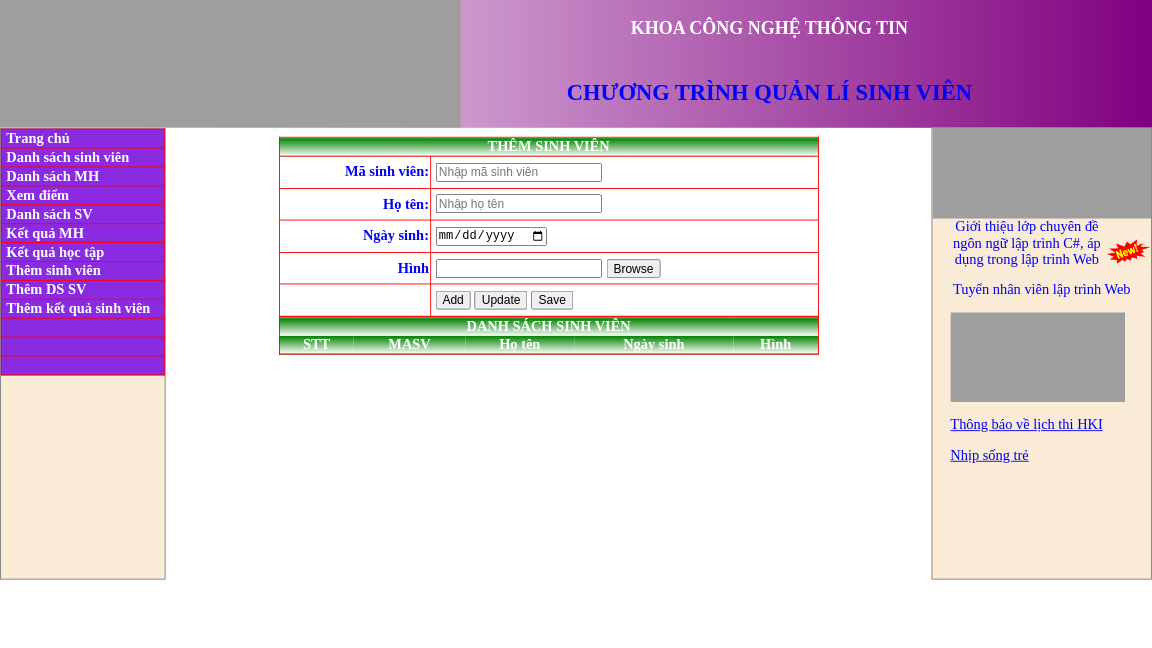
Repository: G1tHub-zer0/BTTH
Page: baitapweb/baitapweb9.html
These files come from the project's save history. The page is drawn as it stood at one moment and after a run of saves; the edit follows.
The browser window is 1280 px wide. The pictures show the whole page, at 90% of full size.
Pictures or frames that could not be fetched are drawn as grey boxes.

Above is the page before, as saved 2024-03-12 20:50:43.

### baitapweb/baitapweb9.html
<!DOCTYPE html>
<html lang="en">

<head>
    <meta charset="utf-8" />
    <meta http-equiv="X-UA-Compatible" content="IE=edge" />
    <meta name="viewport" content="widtd=device-width, initial-scale=1" />
    <title>Bai Tap Web 9</title>
    <link rel="stylesheet" href="baitapweb9.css">
</head>

<body>
    <div class="head">
        <img class="logo" src="https://ipe.iuh.edu.vn/uploads/2016/01/slide_iuh_new.jpg" alt="logo">
        <div class="heading">
            <p>KHOA CÔNG NGHỆ THÔNG TIN</p>
            <P>CHƯƠNG TRÌNH QUẢN LÍ SINH VIÊN</P>
        </div>
    </div>
    <div class="main">
        <div class="left">
            <table>
                <tr>
                    <td>Trang chủ</td>
                </tr>
                <tr>
                    <td>Danh sách sinh viên</td>
                </tr>
                <tr>
                    <td>Danh sách MH</td>
                </tr>
                <tr>
                    <td>Xem điểm</td>
                </tr>
                <tr>
                    <td>Danh sách SV</td>
                </tr>
                <tr>
                    <td>Kết quả MH</td>
                </tr>
                <tr>
                    <td>Kết quả học tập</td>
                </tr>
                <tr>
                    <td>Thêm sinh viên</td>
                </tr>
                <tr>
                    <td>Thêm DS SV</td>
                </tr>
                <tr>
                    <td>Thêm kết quả sinh viên</td>
                </tr>
                <tr>
                    <td>&nbsp;</td>
                </tr>
                <tr>
                    <td>&nbsp;</td>
                </tr>
                <tr>
                    <td>&nbsp;</td>
                </tr>
            </table>
        </div>
        <div class="center">
            <form action="mailto:quockhang0605@gmail.com" autocomplete="on" method="post">
                <div class="table-add">
                    <table>
                        <thead>
                            <tr>
                                <th colspan="2">THÊM SINH VIÊN</th>
                            </tr>
                        </thead>
                        <tbody>
                            <tr>
                                <td>
                                    <label for="masv">Mã sinh viên:</label>
                                </td>
                                <td>
                                    <input type="text" class="form-control" id="masv" name="masv"
                                        placeholder="Nhập mã sinh viên">
                                </td>
                            </tr>
                            <tr>
                                <td>
                                    <label for="hoten">Họ tên:</label>
                                </td>
                                <td>
                                    <input type="text" class="form-control" id="hoten" name="hoten"
                                        placeholder="Nhập họ tên">
                                </td>
                            </tr>
                            <tr>
                                <td>
                                    <label for="ngaysinh">Ngày sinh:</label>
                                </td>
                                <td>
                                    <input type="date" class="form-control" id="ngaysinh" name="ngaysinh">
                                </td>
                            </tr>
                            <tr>
                                <td>
                                    <label for="hinh">Hình</label>
                                </td>
                                <td>
                                    <input type="text">
                                    <button class="input-btn">
                                        Browse
                                        <input type="file" class="input-file" id="hinh" name="hinh">
                                    </button>
                                </td>
                            </tr>
                            <tr>
                                <td>
                                    &nbsp;
                                </td>
                                <td>
                                    <button type="submit" class="btn-primary">Add</button>
                                    <button type="submit" class="btn-success">Update</button>
                                    <button type="submit" class="btn-warning">Save</button>
                                </td>
                            </tr>
                            <tr>
                                <table class="table-list">
                                    <thead>
                                        <tr>
                                            <th colspan="5">DANH SÁCH SINH VIÊN</th>
                                        </tr>
                                        <tr>
                                            <th>STT</th>
                                            <th>MASV</th>
                                            <th>Họ tên</th>
                                            <th>Ngày sinh</th>
                                            <th>Hình</th>
                                        </tr>
                                    </thead>
                                    <tbody></tbody>
                                </table>
                            </tr>
                        </tbody>
                    </table>
                </div>
            </form>
        </div>
        <div class="right">
            <div class="img1">
                <a href="#" target="_blank" rel="noopener, noreferrer">
                    <img src="https://blog.e2.com.vn/wp-content/uploads/2021/05/english-british-england-language-education-concept-scaled.jpg"
                        alt="img1">
                </a>
            </div>
            <div class="link">
                <div class="link1">
                    <a href="#" target="_blank" rel="noopener, noreferrer">
                        <p>Giới thiệu lớp chuyên đề ngôn ngữ lập trình C#, áp dụng trong lập trình Web</p>
                        <img src="/images/0PNGPIX-COM-New-PNG-Transparent-Image-500x451-1.png" alt="img">
                    </a>
                </div>
                <div class="link2">
                    <a href="#" target="_blank" rel="noopener, noreferrer">
                        <p>Tuyển nhân viên lập trình Web</p>
                    </a>
                </div>
            </div>
            <div class="img2">
                <a href="#" target="_blank" rel="noopener, noreferrer">
                    <img src="https://i.pinimg.com/736x/b0/0d/0c/b00d0cdbf06fab3b2d8cc6847a014495.jpg" alt="img">
                </a>
            </div>
            <div class="other">
                <a href="#" target="_blank" rel="noopener, noreferrer">
                    <p>Thông báo về lịch thi HKI</p>
                </a>
                <a href="#" target="_blank" rel="noopener, noreferrer">
                    <p>Nhịp sống trẻ</p>
                </a>
            </div>
        </div>
    </div>
    <script src="baitapweb9.js"></script>
</body>

</html>

### baitapweb/baitapweb9.css
body {
  margin: 0;
  padding: 0;
  box-sizing: border-box;
  max-width: 1280px;
}
table {
  width: 100%;
}
td {
  padding-left: 5px;
}
label {
  float: right;
}
input {
  float: left;
}
thead {
  text-align: center;
}
input[type="text"] {
  margin-right: 5px;
}
.main {
  display: flex;
}
.head {
  background: linear-gradient(
    to right,
    white,
    purple
  );
  display: flex;
  flex-direction: row;
  justify-content: space-between;
}
.logo {
  width: 40%;
  max-height: 142px;
  vertical-align: top;
}
.heading {
  display: flex;
  flex-direction: column;
  padding-right: 200px;
  text-align: center;
  justify-content: space-between;
}
.heading p:first-child {
  color: white;
  font-size: 20px;
  font-weight: 600;
}
.heading p:last-child {
  color: blue;
  font-size: 25px;
  font-weight: 700;
}
.left {
  width: 15%;
  height: 500px;
  background-color: antiquewhite;
  border: 1px solid grey;
}
.left table,
td {
  text-align: left;
  border: 1px solid black;
  border-collapse: collapse;
  color: white;
  background-color: blueviolet;
  font-weight: 600;
}
.center {
  display: flex;
  align-items: center;
  flex-direction: column;
  width: 70%;
}
.table-add table {
  width: 600px;
  height: 200px;
}
.table-add table,
td {
  border: 1px solid red;
  border-collapse: collapse;
}
.table-add th {
  background-image: linear-gradient(
    to top,
    white,
    green
  );
  color: white;
}
.table-add td {
  background-color: white;
  color: blue;
}
.right {
  width: 20%;
  display: flex;
  flex-direction: column;
  height: 500px;
  background-color: antiquewhite;
  border: 1px solid grey;
}
.img1 {
  height: 100px;
}
.img1 img {
  width: 100%;
  height: 100%;
}
.link {
  display: flex;
  flex-direction: column;
}
.link a {
  text-decoration: none;
}
.link1 p {
  width: 70%;
  display: inline-block;
  text-align: center;
  margin-block: 0;
  margin-left: 20px;
}
.link img {
  width: 20%;
}
.link2 p {
  width: 100%;
  display: block;
  text-align: center;
}
.img2 {
  height: 100px;
}
.img2 img {
  width: 80%;
  height: 100%;
  margin-left: 20px;
}
.other {
  margin-left: 20px;
}
.table-add {
  margin: 10px 5px 5px 5px;
}
.input-btn {
  position: relative;
  overflow: hidden;
}
.input-file {
  position: absolute;
  top: 0;
  right: 10px;
  opacity: 0;
}

Loaded but not shown: baitapweb/baitapweb9.js (no copy from this time; the picture is the same without it)

After the next 2 saves:
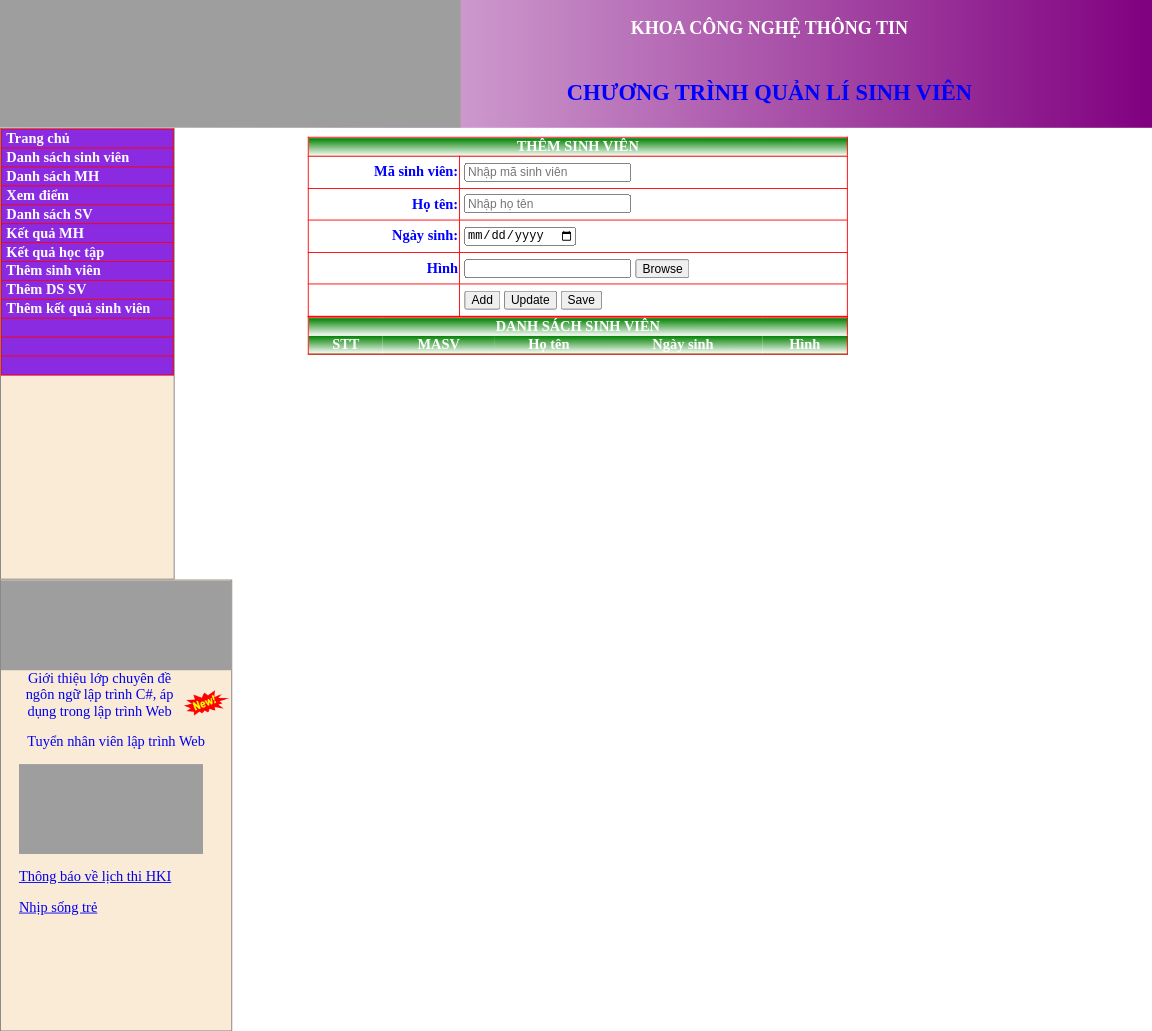
The 2 saves are shown as one change because they came seconds apart.
The last was saved 97 s later.
--- a/baitapweb/baitapweb9.html
+++ b/baitapweb/baitapweb9.html
@@ -120,21 +120,23 @@
                                 </td>
                             </tr>
                             <tr>
-                                <table class="table-list">
-                                    <thead>
-                                        <tr>
-                                            <th colspan="5">DANH SÁCH SINH VIÊN</th>
-                                        </tr>
-                                        <tr>
-                                            <th>STT</th>
-                                            <th>MASV</th>
-                                            <th>Họ tên</th>
-                                            <th>Ngày sinh</th>
-                                            <th>Hình</th>
-                                        </tr>
-                                    </thead>
-                                    <tbody></tbody>
-                                </table>
+                                <div class="table-list">
+                                    <table>
+                                        <thead>
+                                            <tr>
+                                                <th colspan="5">DANH SÁCH SINH VIÊN</th>
+                                            </tr>
+                                            <tr>
+                                                <th>STT</th>
+                                                <th>MASV</th>
+                                                <th>Họ tên</th>
+                                                <th>Ngày sinh</th>
+                                                <th>Hình</th>
+                                            </tr>
+                                        </thead>
+                                        <tbody></tbody>
+                                    </table>
+                                </div>
                             </tr>
                         </tbody>
                     </table>

After the 5 saves that followed:
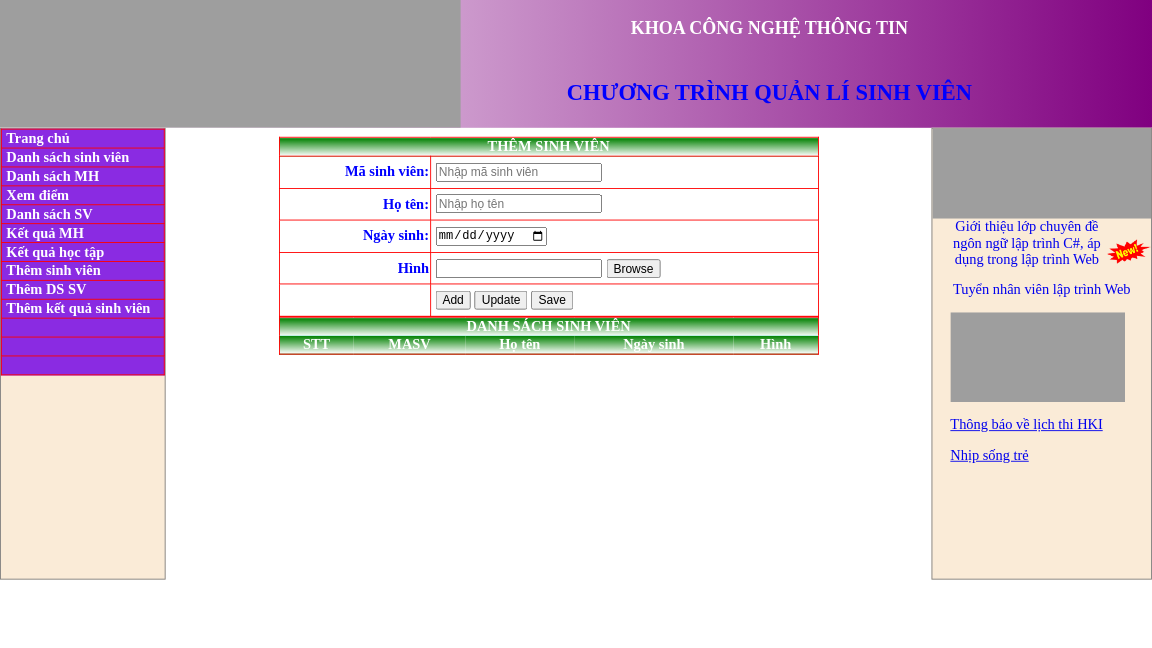
The 5 saves are shown as one change because 3 left the picture as it was and some came seconds apart.
The last was saved 2 min 42 s later.
--- a/baitapweb/baitapweb9.html
+++ b/baitapweb/baitapweb9.html
@@ -121,22 +121,23 @@
                             </tr>
                             <tr>
                                 <div class="table-list">
-                                    <table>
-                                        <thead>
-                                            <tr>
-                                                <th colspan="5">DANH SÁCH SINH VIÊN</th>
-                                            </tr>
-                                            <tr>
-                                                <th>STT</th>
-                                                <th>MASV</th>
-                                                <th>Họ tên</th>
-                                                <th>Ngày sinh</th>
-                                                <th>Hình</th>
-                                            </tr>
-                                        </thead>
-                                        <tbody></tbody>
-                                    </table>
+
                                 </div>
+                                <table class="table-list">
+                                    <thead>
+                                        <tr>
+                                            <th colspan="5">DANH SÁCH SINH VIÊN</th>
+                                        </tr>
+                                        <tr>
+                                            <th>STT</th>
+                                            <th>MASV</th>
+                                            <th>Họ tên</th>
+                                            <th>Ngày sinh</th>
+                                            <th>Hình</th>
+                                        </tr>
+                                    </thead>
+                                    <tbody></tbody>
+                                </table>
                             </tr>
                         </tbody>
                     </table>
--- a/baitapweb/baitapweb9.css
+++ b/baitapweb/baitapweb9.css
@@ -99,6 +99,9 @@ td {
   background-color: white;
   color: blue;
 }
+.table-list th[colspan="5"] {
+  background-color: aqua;
+}
 .right {
   width: 20%;
   display: flex;
